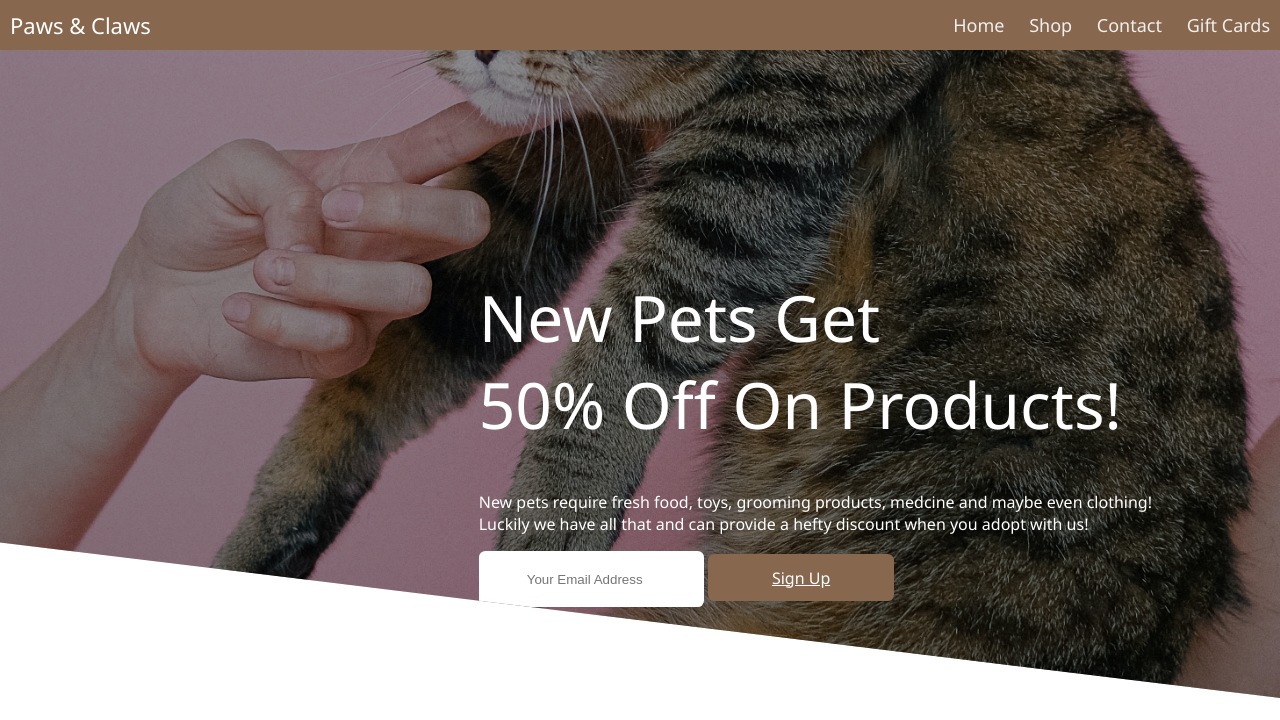
Repository: LtGriff/petProject
Page: dist/about.html
The author's editor kept a copy of each file at every save. The page is drawn from the files as they stood at one save, then again after the next save.
The browser window is 1280 px wide. The pictures show the whole page.

Above is the page before, as saved 2022-05-19 07:44:47.

After the next save:
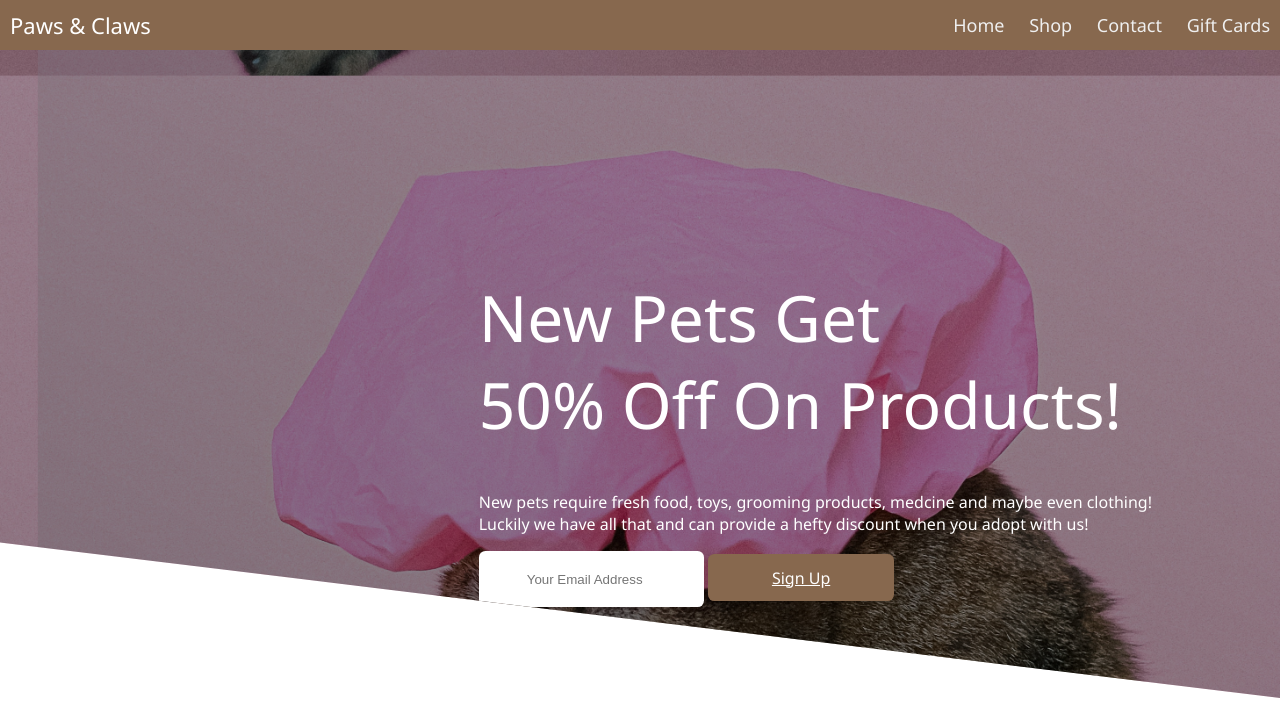
Saved 50 s later.
--- a/dist/CSS/about.css
+++ b/dist/CSS/about.css
@@ -79,7 +79,7 @@
     url("../img/catpink.jpg");
     background-attachment: fixed;
     background-size: cover;
-    background-position: center right;
+    background-position: 1cm 2cm;
     position: relative;
     object-fit: cover;
     clip-path: polygon(0% 0%,100% 0%,100% 100%,0% 76%);
